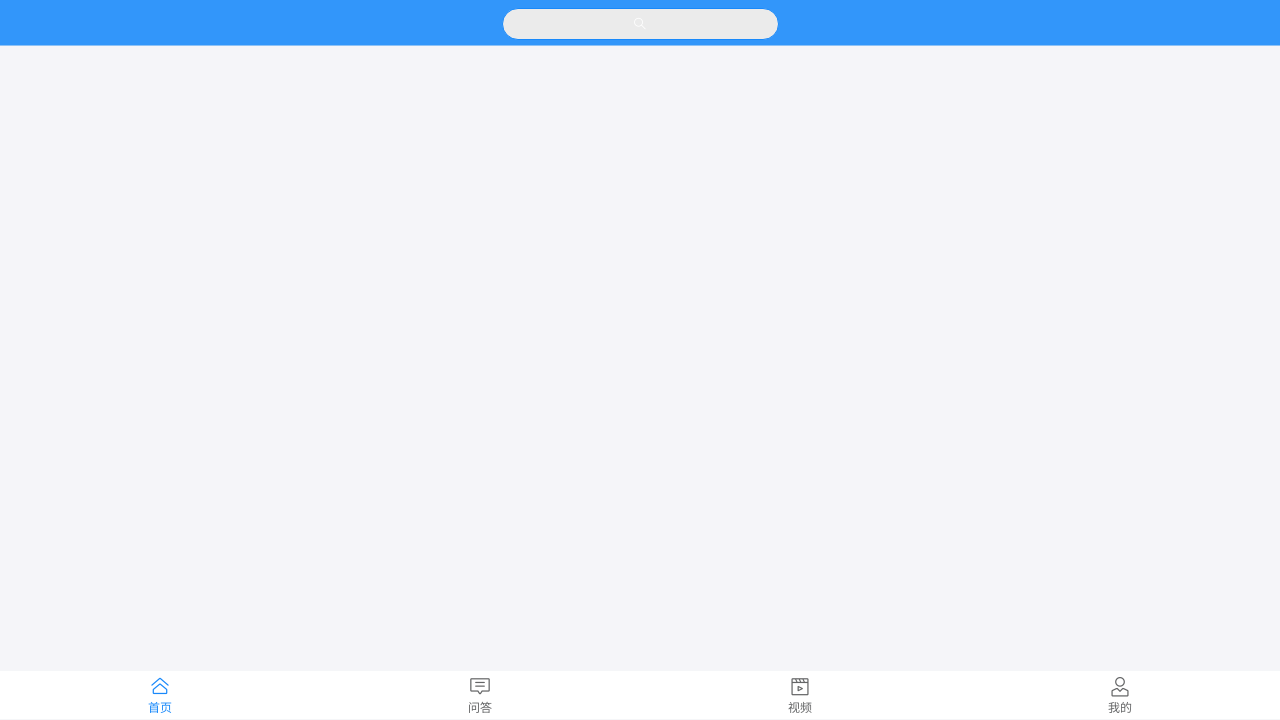
Repository: xn-lb/toutiao-mb
Page: /
These files come from the project's save history. The page is drawn as it stood at one moment and after a run of saves; the edit follows.
The browser window is 1280 px wide. The pictures show the whole page.
The project was rebuilt for these pictures with package versions that can differ from the ones it lists, and the page was loaded fresh each time. Also part of the build but not shown: vue.config.js.

Above is the page before, as saved 2023-04-08 21:55:36.

### src/main.js
import Vue from 'vue'
import App from './App.vue'
import router from './router'
import store from './store'
// 加载全局样式
import './styles/index.less'
import Vant from 'vant' //加载Vant 组件库

import 'amfe-flexible' //加载动态设置  rem 基准值

Vue.use(Vant); //注册使用组件库

import 'vant/lib/index.css' //加载全局样式

Vue.config.productionTip = false

new Vue({
    router,
    store,
    render: h => h(App)
}).$mount('#app')

### src/App.vue
<template>
  <div id="app">
  <!-- 路由的出口 -->
    <router-view></router-view>



  </div>
</template>
<script>
export default {
  name: 'APP'
}
</script>
<style lang="less">

</style>

### src/router/index.js
import Vue from 'vue'
import VueRouter from 'vue-router'



Vue.use(VueRouter)

// 路由表
const routes = [{
        path: '/login',
        name: 'LoginIndex',
        component: () =>
            import ('@/views/login')
    },
    {
        path: '/',
        component: () =>
            import ('@/views/layout/'),
        children: [{
                path: '/qa',
                name: 'qa',
                component: () =>
                    import ('@/views/qa/')
            },
            {
                path: '/video',
                name: 'video',
                component: () =>
                    import ('@/views/video/')
            },
            {
                path: '/my', //默认子路由
                name: 'my',
                component: () =>
                    import ('@/views/my/')
            },
            {
                path: '', //默认子路由
                name: 'home',
                component: () =>
                    import ('@/views/home/')
            }
        ]
    }

]

const router = new VueRouter({
    routes
})

export default router

### src/store/index.js
import { getItem, setItem } from '@/utils/strorage'
import Vue from 'vue'
import Vuex from 'vuex'

Vue.use(Vuex)

const USER_KEY = 'toutiao-user'
export default new Vuex.Store({
    // namespaced: true, //关闭命名空间
    state: {
        user: getItem(USER_KEY) //使用封装模块的方式

        //使用原型模式  =>  user: JSON.parse(window.localStorage.getItem('user')) // 存储当前登录用户的登录状态（token 等数据）
    },
    getters: {},
    mutations: {
        setUser(state, data) {
            state.user = data
                // 为了防止页面刷新数据丢失，我们还需要把数据放到本地存储中，这里仅仅是为了持久化数据

            setItem(USER_KEY, state.user) //使用封装模块的方式
                //使用原型模式  =>  window.localStorage.setItem('user', JSON.stringify(state.user))
        }
    },
    actions: {},
    modules: {}
})

### src/styles/index.less
// 全局样式文件
// 加载图标样式
@import "./icon.less";

body{
    background-color: #f5f5f9;
}
.app-nav-bar{
    background-color: #3296fa !important;
    .van-nav-bar__title{
        color: #fff;
    }
    .van-icon{
        color:#fff !important;
    }
}

### src/views/layout/index.vue
<template>
    <div class="layout-container">
         <!-- 子路由出口 -->
        <router-view />

        <!-- 底部导航栏 -->
        <van-tabbar v-model="active" route>
            <van-tabbar-item icon="home-o" to="/">首页</van-tabbar-item>
            <van-tabbar-item icon="comment-o" to="/qa">问答</van-tabbar-item>
            <van-tabbar-item icon="video-o" to="/video">视频</van-tabbar-item>
            <van-tabbar-item icon="user-o" to="/my">我的</van-tabbar-item>
        </van-tabbar>
    </div>


</template>

<script>
export default {
    name:'layoutIndex',
    components:{},
    props:{},
    data(){
        return{
            active:0
        }
    }
}
</script>

<style>

</style>

### src/views/home/index.vue
<template>
  <div class="home-container">
  <!-- 首页 -->
    <van-nav-bar class="app-nav-bar">
      <van-button
      class="search-btn"
      slot="title"
      icon="search"
      type="info"
      round
      size="small"
      ></van-button>
    </van-nav-bar>

  </div>

</template>

<script>
export default {

}
</script>

<style lang="less" scoped>
.home-container {
  /deep/ .van-nav-bar__title{
      max-width: none;
    }
  .search-btn{
    width: 277px;
    height: 32px;
    background: #ebebeb;
    }

  }
</style>

### src/utils/strorage.js
// 本地存储封装模块

// 获取
export const getItem = (name) => {
    const data = window.localStorage.getItem(name)
    try {
        // 尝试把data转为JavaScript对象
        return JSON.parse(data)
    } catch (err) {
        // data不是JSON格式字符串，直接原样返回
        return data
    }
}

// 存储
export const setItem = (name, value) => {
    // 如果value 是对象，就把value 转为JSON格式字符串再储存
    if (typeof value === 'object') {
        value = JSON.stringify(value)
    }
    window.localStorage.setItem(name, value)
}



// 删除
export const removeItem = (name) => {
    window.localStorage.removeItem(name)
}

### src/styles/icon.less
@font-face {
    font-family: "toutiao"; /* Project id 3968849 */
    src: url('//at.alicdn.com/t/c/font_3968849_y288fdc89co.eot?t=1679462277967'); /* IE9 */
    src: url('//at.alicdn.com/t/c/font_3968849_y288fdc89co.eot?t=1679462277967#iefix') format('embedded-opentype'), /* IE6-IE8 */
         url('//at.alicdn.com/t/c/font_3968849_y288fdc89co.woff2?t=1679462277967') format('woff2'),
         url('//at.alicdn.com/t/c/font_3968849_y288fdc89co.woff?t=1679462277967') format('woff'),
         url('//at.alicdn.com/t/c/font_3968849_y288fdc89co.ttf?t=1679462277967') format('truetype'),
         url('//at.alicdn.com/t/c/font_3968849_y288fdc89co.svg?t=1679462277967#toutiao') format('svg');
  }

  .toutiao {
    font-family: "toutiao" !important;
    font-size: 16px;
    font-style: normal;
    -webkit-font-smoothing: antialiased;
    -moz-osx-font-smoothing: grayscale;
  }

  .toutiao-guanbi:before {
    content: "\e601";
  }

  .toutiao-gengduo:before {
    content: "\e602";
  }

  .toutiao-pinglun:before {
    content: "\e603";
  }

  .toutiao-shanchu:before {
    content: "\e604";
  }

  .toutiao-dianzan:before {
    content: "\e605";
  }

  .toutiao-lishi:before {
    content: "\e606";
  }

  .toutiao-shipin:before {
    content: "\e607";
  }

  .toutiao-shoucang:before {
    content: "\e608";
  }

  .toutiao-yanzhengma:before {
    content: "\e609";
  }

  .toutiao-wenda:before {
    content: "\e60a";
  }

  .toutiao-fenxiang:before {
    content: "\e60b";
  }

  .toutiao-youjiantou:before {
    content: "\e60c";
  }

  .toutiao-wuwangluo:before {
    content: "\e60d";
  }

  .toutiao-shouji:before {
    content: "\e60e";
  }

  .toutiao-zuojiantou:before {
    content: "\e60f";
  }

  .toutiao-shouye:before {
    content: "\e610";
  }

  .toutiao-wode:before {
    content: "\e611";
  }

  .toutiao-sousuo:before {
    content: "\e612";
  }

  .toutiao-zuopin:before {
    content: "\e613";
  }

  .toutiao-yuedu:before {
    content: "\e614";
  }

Loaded but not shown: public/index.html (common file)

After the next 2 saves:
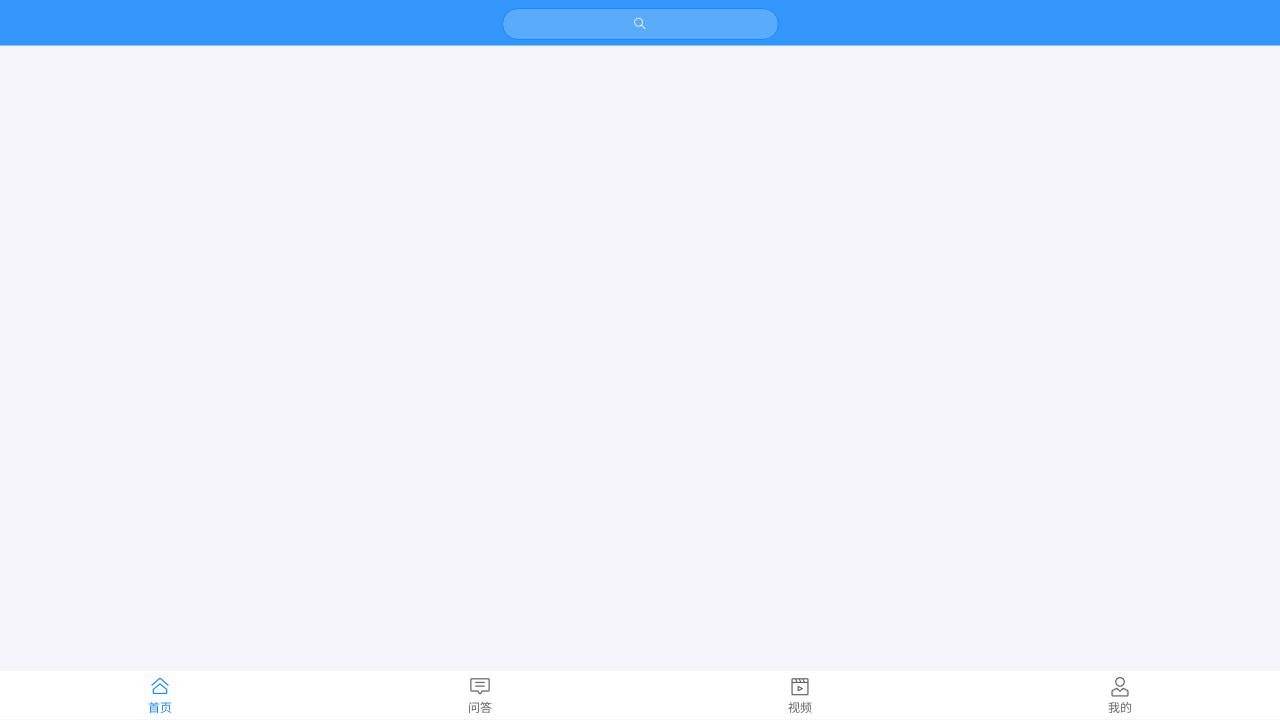
The 2 saves are shown as one change because 1 did not build or start.
The last was saved 41 s later.
--- a/src/views/home/index.vue
+++ b/src/views/home/index.vue
@@ -30,7 +30,7 @@ export default {
   .search-btn{
     width: 277px;
     height: 32px;
-    background: #ebebeb;
+    background: #5babfb;
     }
 
   }
